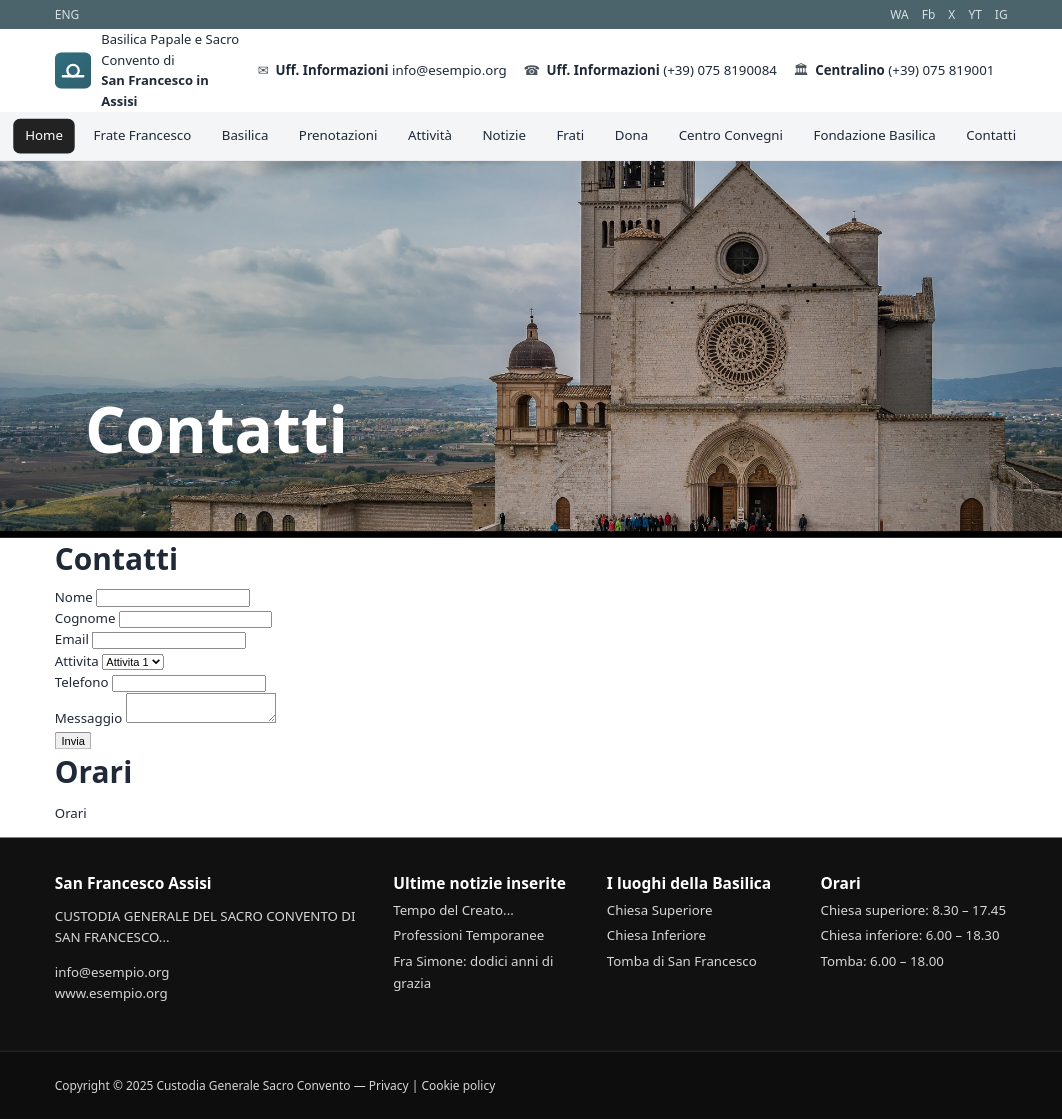
Repository: leacappello/basilica-platform-project
Page: pages/contatti.html
These files come from the project's save history. The page is drawn as it stood at one moment and after the next save; the edit follows.
The browser window is 1280 px wide. The pictures show the whole page, at 83% of full size.

Above is the page before, as saved 2025-09-17 09:31:29.
Console error (its wording comes from the project's code and is left out).

After the next save:
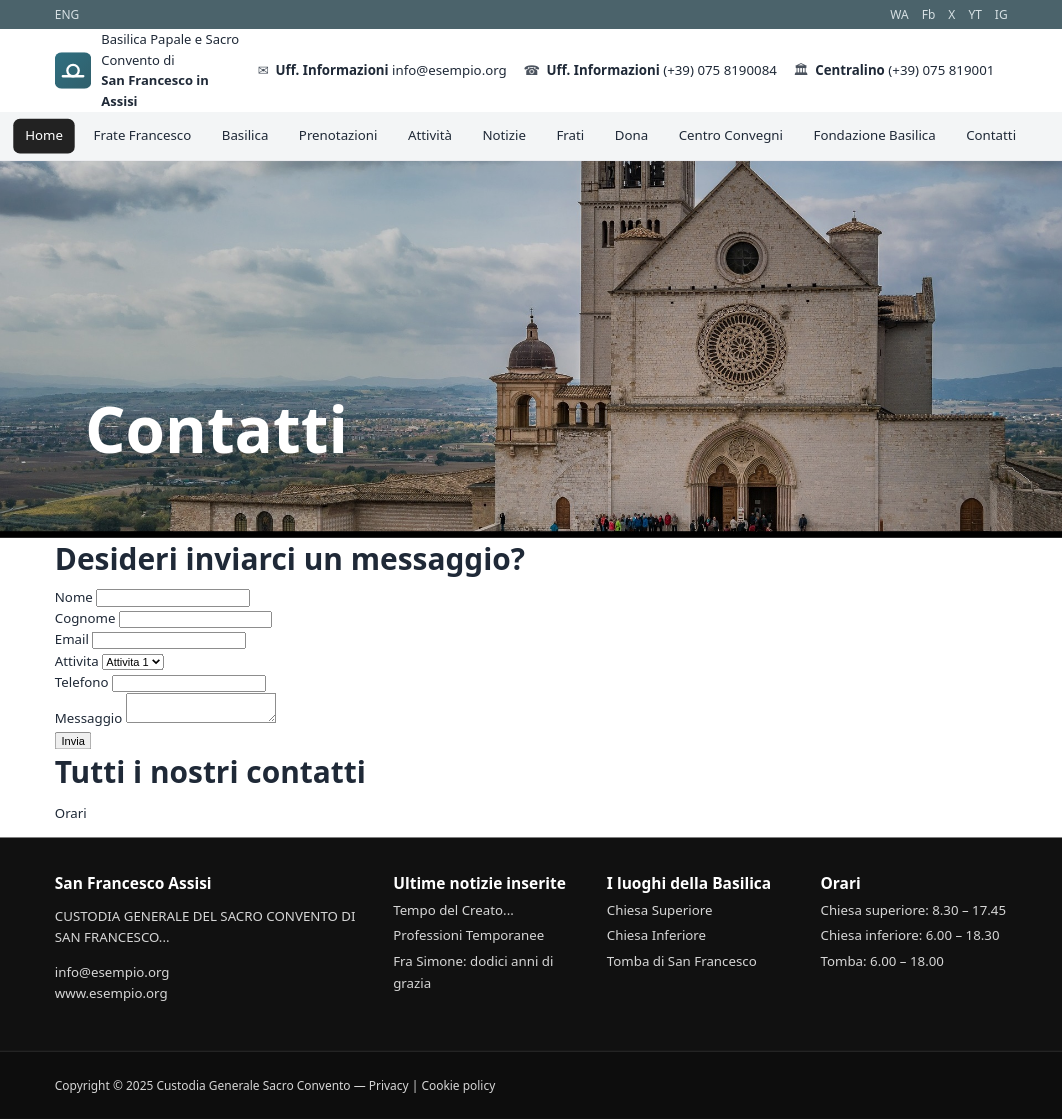
Saved 39 s later.
--- a/pages/contatti.html
+++ b/pages/contatti.html
@@ -165,7 +165,7 @@
                 <div class="row">
                     <!-- form contaatti -->
                     <div class="form">
-                        <h2>Contatti</h2>
+                        <h2>Desideri inviarci un messaggio?</h2>
                         <form>
                             <!-- nome -->
                             <div>
@@ -206,7 +206,7 @@
                     </div>
                     <!-- informazioni varie -->
                     <div class="info">
-                        <h2>Orari</h2>
+                        <h2>Tutti i nostri contatti</h2>
                         <p>Orari</p>
                     </div>
                 </div>
